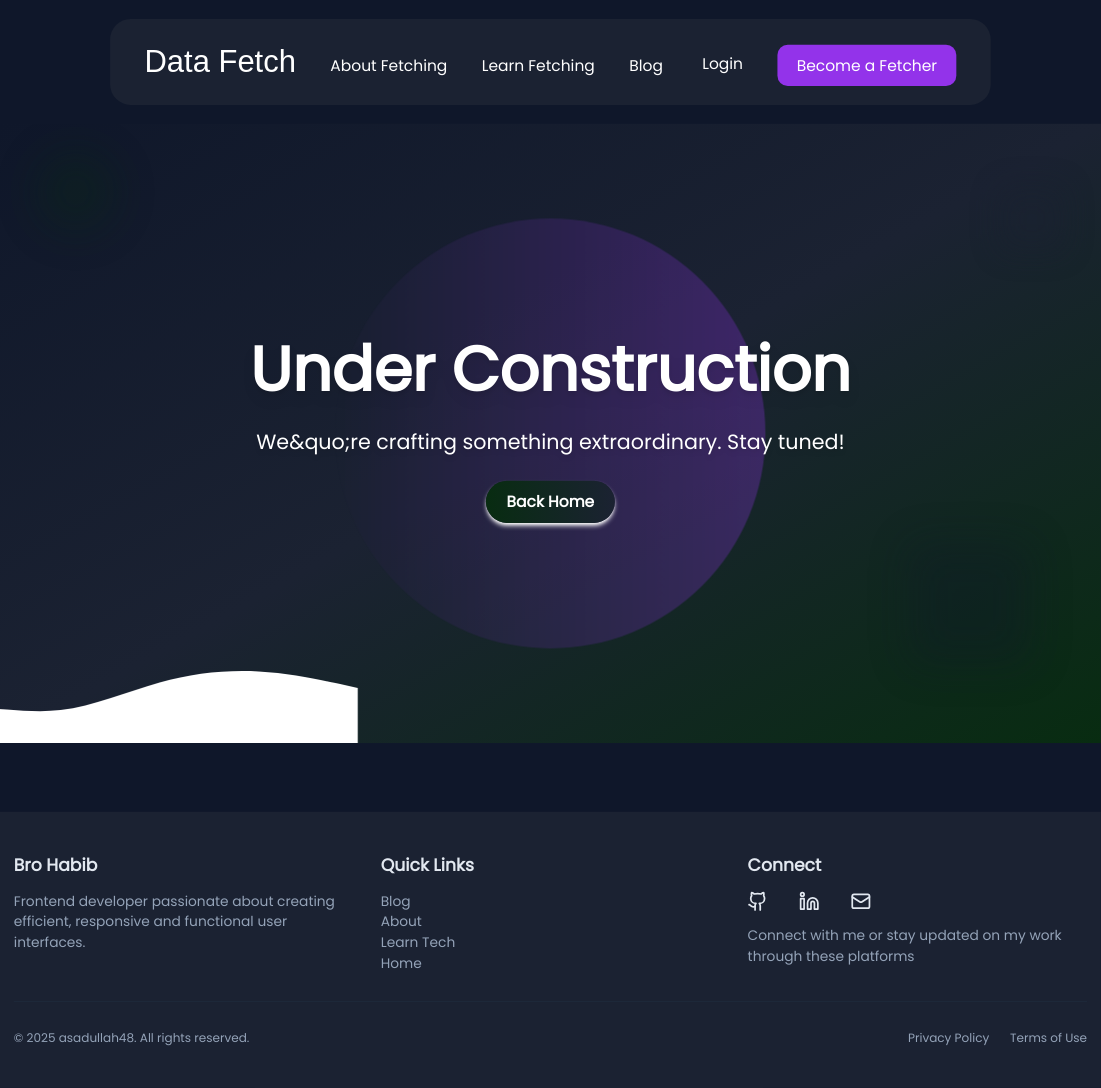
Repository: asadullah48/data-fetch
Page: /learnTech
The author's editor kept a copy of each file at every save. The page is drawn from the files as they stood at one save, then again after a run of saves.
The browser window is 1280 px wide. The pictures show the whole page, at 86% of full size.
Some web fonts or font styles are not loaded; a fallback is used. The project was rebuilt for these pictures with package versions that can differ from the ones it lists, and the page was loaded fresh each time. The framework's server and built-in components were replaced by stand-ins that run in the browser. Also part of the build but not shown: next.config.mjs.

Above is the page before, as saved 2025-01-15 13:57:17.

### src/app/layout.tsx
import type { Metadata } from "next";
import localFont from "next/font/local";
import "./globals.css";
import Navbar from "@/components/Navbar";
import { Poppins } from "next/font/google"
import Footer from "@/components/Footer";


const poppins = Poppins({
  subsets: ['latin'],
  weight: '400'
})

const geistSans = localFont({
  src: "./fonts/GeistVF.woff",
  variable: "--font-geist-sans",
  weight: "100 900",
});
const geistMono = localFont({
  src: "./fonts/GeistMonoVF.woff",
  variable: "--font-geist-mono",
  weight: "100 900",
});

export const metadata: Metadata = {
  title: "Data Fetching",
  description: "Data Fetching in a CSR and SSR",
};

export default function RootLayout({
  children,
}: Readonly<{
  children: React.ReactNode;
}>) {
  return (
    <html lang="en">
      <body
        className={`${geistSans.variable} ${geistMono.variable} ${poppins.className} bg-[#0f172a] text-white antialiased overflow-x-hidden`}
      >
        <Navbar />
        {children}
        <Footer/>
      </body>
    </html>
  );
}

### src/app/learnTech/page.tsx
import Link from 'next/link'
import React from 'react'

export default function learnTechPage() {
  return (
    <div className="h-screen flex items-center justify-center bg-gradient-to-br from-[#0f172a] via-[#1b2232] to-[#082c11] relative overflow-hidden">
            {/* Background Elements */}
            <div className="absolute inset-0 flex justify-center items-center">
                <div className="w-[500px] h-[500px] bg-gradient-to-r from-[#1b2232] to-[#9333EA] rounded-full opacity-20 animate-pulse"></div>
            </div>

            {/* Floating Animated Shapes */}
            <div className="absolute inset-0">
                <div className="absolute top-10 left-10 w-24 h-24 bg-[#082c11] rounded-full blur-xl opacity-30 animate-float" />
                <div className="absolute bottom-20 right-20 w-36 h-36 bg-[#0f172a] rounded-lg blur-xl opacity-30 animate-float delay-2000" />
                <div className="absolute top-20 right-10 w-20 h-20 bg-[#1b2232] rounded-lg blur-lg opacity-40 animate-float delay-4000" />
            </div>

            {/* Main Content */}
            <div className="text-center relative z-10">
                <h1 className="text-5xl md:text-7xl font-extrabold text-white drop-shadow-lg animate-bounce">
                    Under Construction
                </h1>
                <p className="text-lg md:text-2xl text-white mt-4 drop-shadow-md">
                    We&quo;re crafting something extraordinary. Stay tuned!
                </p>

                {/* CTA Button */}
                <div className="mt-10">
                    <Link
                        href="/"
                        className="px-6 py-3 text-lg font-bold text-white bg-gradient-to-r from-[#082c11] to-[#1b2232] rounded-full shadow-white shadow-md transform transition hover:scale-105 hover:shadow-2xl focus:outline-none"
                    >
                        Back Home
                    </Link>
                </div>
            </div>

            {/* Animated SVG Waves */}
            <div className="absolute bottom-0 left-0 right-0 overflow-hidden leading-none">
                <svg
                    className="w-full h-32 text-white animate-wave"
                    xmlns="http://www.w3.org/2000/svg"
                    viewBox="0 0 1440 320"
                >
                    <path
                        fill="currentColor"
                        fillOpacity="1"
                        d="M0,288L48,272C96,256,192,224,288,218.7C384,213,480,235,576,224C672,213,768,171,864,144C960,117,1056,107,1152,112C1248,117,1344,139,1392,149.3L1440,160L1440,320L1392,320C1344,320,1248,320,1152,320C1056,320,960,320,864,320C768,320,672,320,576,320C480,320,384,320,288,320C192,320,96,320,48,320L0,320Z"
                    ></path>
                </svg>
            </div>
        </div>
  )
}

### src/app/globals.css
@tailwind base;
@tailwind components;
@tailwind utilities;

body {
  font-family: Arial, Helvetica, sans-serif;
}

@layer utilities {
  .text-balance {
    text-wrap: balance;
  }
}

@layer base {
  :root {
    --background: 0 0% 100%;
    --foreground: 20 14.3% 4.1%;
    --card: 0 0% 100%;
    --card-foreground: 20 14.3% 4.1%;
    --popover: 0 0% 100%;
    --popover-foreground: 20 14.3% 4.1%;
    --primary: 24 9.8% 10%;
    --primary-foreground: 60 9.1% 97.8%;
    --secondary: 60 4.8% 95.9%;
    --secondary-foreground: 24 9.8% 10%;
    --muted: 60 4.8% 95.9%;
    --muted-foreground: 25 5.3% 44.7%;
    --accent: 60 4.8% 95.9%;
    --accent-foreground: 24 9.8% 10%;
    --destructive: 0 84.2% 60.2%;
    --destructive-foreground: 60 9.1% 97.8%;
    --border: 20 5.9% 90%;
    --input: 20 5.9% 90%;
    --ring: 20 14.3% 4.1%;
    --chart-1: 12 76% 61%;
    --chart-2: 173 58% 39%;
    --chart-3: 197 37% 24%;
    --chart-4: 43 74% 66%;
    --chart-5: 27 87% 67%;
    --radius: 0.5rem;
  }
  .dark {
    --background: 20 14.3% 4.1%;
    --foreground: 60 9.1% 97.8%;
    --card: 20 14.3% 4.1%;
    --card-foreground: 60 9.1% 97.8%;
    --popover: 20 14.3% 4.1%;
    --popover-foreground: 60 9.1% 97.8%;
    --primary: 60 9.1% 97.8%;
    --primary-foreground: 24 9.8% 10%;
    --secondary: 12 6.5% 15.1%;
    --secondary-foreground: 60 9.1% 97.8%;
    --muted: 12 6.5% 15.1%;
    --muted-foreground: 24 5.4% 63.9%;
    --accent: 12 6.5% 15.1%;
    --accent-foreground: 60 9.1% 97.8%;
    --destructive: 0 62.8% 30.6%;
    --destructive-foreground: 60 9.1% 97.8%;
    --border: 12 6.5% 15.1%;
    --input: 12 6.5% 15.1%;
    --ring: 24 5.7% 82.9%;
    --chart-1: 220 70% 50%;
    --chart-2: 160 60% 45%;
    --chart-3: 30 80% 55%;
    --chart-4: 280 65% 60%;
    --chart-5: 340 75% 55%;
  }
}

@layer base {
  * {
    @apply border-border;
  }
  body {
    @apply bg-background text-foreground;
  }
}

### src/components/Navbar.tsx
"use client"
import { useState } from 'react';
import { Agbalumo } from "next/font/google"
import Link from "next/link"

const agbalumo = Agbalumo({
    subsets: ['latin'],
    weight: '400'
})


export default function Navbar() {
    const [isMenuOpen, setIsMenuOpen] = useState(false);

    const toggleMenu = () => setIsMenuOpen(!isMenuOpen);

    return (
        <div className="h-[144px] w-screen flex justify-center items-center">
            <div className="h-[100px] w-full relative md:w-[80%] md:rounded-3xl bg-[#1b2232] text-white flex justify-between items-center px-10">
                {/* Logo and Links */}
                <div className="flex justify-center items-center gap-10">
                <Link href={"/"}>
                    <h1 className={`${agbalumo.className} text-4xl`}>Data Fetch</h1>
                </Link>

                    <div className="hidden lg:flex gap-10">
                        <Link href={"/about"} className="text-lg mt-2">About Fetching</Link>
                        <Link href={"/learnTech"} className="text-lg mt-2">Learn Fetching</Link>
                        <Link href={"/blog"} className="text-lg mt-2">Blog</Link>
                    </div>
                </div>

                {/* Navbar Buttons */}
                <div className="hidden md:flex gap-10">
                    <Link href={"/login"} className="text-lg mt-4">Login</Link>
                    <Link href={"/signup"} className="text-lg mt-2 h-12 bg-PrimaryPurple flex justify-center items-center w-52 rounded-xl">Become a Fetcher</Link>
                </div>

                {/* Hamburger Menu for Mobile */}
                <div className="lg:hidden flex items-center gap-4">
                    {/* <h1 className="font-bold text-4xl">Data Fetch</h1> */}
                    <button onClick={toggleMenu} className="text-white text-2xl">
                        {/* Hamburger Icon */}
                        {isMenuOpen ? 'X' : '☰'}
                    </button>
                </div>
            </div>

            {/* Dropdown Menu for Mobile */}
            {isMenuOpen && (
                <div className='z-50 h-screen fixed top-1/4 w-full flex justify-center items-center bg-[#1b2232]/70 backdrop-blur-md '>
                <div className=" lg:hidden  text-white  text-center py-4 flex flex-col justify-center items-start gap-5">
                    <Link href={"/about"} onClick={()=> setIsMenuOpen(false)} className="block text-lg mt-2">About Fetching</Link>
                    <Link href={"/learnTech"} onClick={()=> setIsMenuOpen(false)} className="block text-lg mt-2">Learn fetching</Link>
                    <Link href={"/blog"} onClick={()=> setIsMenuOpen(false)} className="block text-lg mt-2">Blog</Link>
                    <Link href={"/login"} onClick={()=> setIsMenuOpen(false)} className="block text-lg mt-2">Login</Link>
                    <Link href={"/signup"} onClick={()=> setIsMenuOpen(false)} className=" text-lg mt-2 h-12 bg-PrimaryPurple flex justify-start pl-2 items-center w-52 rounded-xl">Become a Techie</Link>
                </div>
                </div>
            )}
        </div>
    )
}

### src/components/Footer.tsx
import React from 'react'
import { Github,  Linkedin, Mail } from 'lucide-react';
import Link from 'next/link';
export default function Footer() {
  const currentYear = new Date().getFullYear();

  return (
    <div className="bg-[#1b2232] mt-20 text-slate-200 py-12 ">
      <div className="container mx-auto px-4">
        {/* Main Footer Content */}
        <div className="grid grid-cols-1 md:grid-cols-3 gap-8 mb-8">
          {/* About Section */}
          <div>
            <h3 className="text-xl font-semibold mb-4">Bro Habib</h3>
            <p className="text-slate-400 mb-4">
              Frontend developer passionate about creating efficient, responsive and functional user interfaces.
            </p>
          </div>

          {/* Quick Links */}
          <div>
            <h3 className="text-xl font-semibold mb-4">Quick Links</h3>
            <ul className="space-y-2 text-slate-400">
              <Link href="/blog" className="hover:text-slate-200 transition-colors"><li>Blog</li>
              </Link>
              <Link href="/about" className="hover:text-slate-200 transition-colors"><li>About</li>
              </Link>
              <Link href="/learnTech" className="hover:text-slate-200 transition-colors"><li>Learn Tech</li>
              </Link>
              <Link href="/" className="hover:text-slate-200 transition-colors"><li>Home</li>
              </Link>
            </ul>
          </div>

          {/* Connect Section */}
          <div>
            <h3 className="text-xl font-semibold mb-4">Connect</h3>
            <div className="flex space-x-4 mb-4 gap-5">
              <Link href="https://github.com/asadullah48/data-fetch" className="hover:text-slate-200 transition-colors">
                <Github size={24} />
              </Link>

              <Link href="https://www.linkedin.com/in/asadullah-shafique-a00679325/" className="hover:text-slate-200 transition-colors">
                <Linkedin size={24} />
              </Link>

              <Link href="mailto:asadullahshafique@hotmail.com" className="hover:text-slate-200 transition-colors">
                <Mail size={24} />
              </Link>

            </div>
            <p className="text-slate-400">
            Connect with me or stay updated on my work through these platforms
            </p>
          </div>
        </div>

        {/* Bottom Bar */}
        <div className="pt-8 border-t border-slate-800">
          <div className="flex flex-col md:flex-row justify-between items-center space-y-4 md:space-y-0">
            <p className="text-slate-400 text-sm">
              © {currentYear} asadullah48. All rights reserved.
            </p>
            <div className="flex space-x-6 text-sm text-slate-400">
              <a href="/privacy" className="hover:text-slate-200 transition-colors">Privacy Policy</a>
              <a href="/terms" className="hover:text-slate-200 transition-colors">Terms of Use</a>
            </div>
          </div>
        </div>
      </div>
    </div>
  )
}

### tailwind.config.ts
import type { Config } from "tailwindcss";

const config: Config = {
	darkMode: ["class"],
	content: [
		"./src/pages/**/*.{js,ts,jsx,tsx,mdx}",
		"./src/components/**/*.{js,ts,jsx,tsx,mdx}",
		"./src/app/**/*.{js,ts,jsx,tsx,mdx}",
	],
	theme: {
		extend: {

			animation: {
				'spin-slow': 'spin 3s linear infinite',
				orbit: 'orbit 1.5s linear infinite',
				// dash: 'dash 2s ease-in-out infinite',
				float: 'float 6s ease-in-out infinite',
				wave: 'wave 8s linear infinite',
				bounce: 'bounce 2s infinite',
			},
			keyframes: {
				orbit: {
					'0%': { transform: 'rotate(0deg) translateX(30px) rotate(0deg)' },
					'100%': { transform: 'rotate(360deg) translateX(30px) rotate(-360deg)' },
				},
				dash: {
					'0%': { strokeDashoffset: '880px' },
					'100%': { strokeDashoffset: '0px' },
				},
				float: {
					'0%, 100%': { transform: 'translateY(-10px)' },
					'50%': { transform: 'translateY(10px)' },
				  },
				  wave: {
					'0%': { transform: 'translateX(100%)' },
					'100%': { transform: 'translateX(-100%)' },
				  },
			},
			colors: {
				background: 'hsl(var(--background))',
				PrimaryPurple: '#9333EA',
				foreground: 'hsl(var(--foreground))',
				card: {
					DEFAULT: 'hsl(var(--card))',
					foreground: 'hsl(var(--card-foreground))'
				},
				popover: {
					DEFAULT: 'hsl(var(--popover))',
					foreground: 'hsl(var(--popover-foreground))'
				},
				primary: {
					DEFAULT: 'hsl(var(--primary))',
					foreground: 'hsl(var(--primary-foreground))'
				},
				secondary: {
					DEFAULT: 'hsl(var(--secondary))',
					foreground: 'hsl(var(--secondary-foreground))'
				},
				muted: {
					DEFAULT: 'hsl(var(--muted))',
					foreground: 'hsl(var(--muted-foreground))'
				},
				accent: {
					DEFAULT: 'hsl(var(--accent))',
					foreground: 'hsl(var(--accent-foreground))'
				},
				destructive: {
					DEFAULT: 'hsl(var(--destructive))',
					foreground: 'hsl(var(--destructive-foreground))'
				},
				border: 'hsl(var(--border))',
				input: 'hsl(var(--input))',
				ring: 'hsl(var(--ring))',
				chart: {
					'1': 'hsl(var(--chart-1))',
					'2': 'hsl(var(--chart-2))',
					'3': 'hsl(var(--chart-3))',
					'4': 'hsl(var(--chart-4))',
					'5': 'hsl(var(--chart-5))'
				}
			},
			borderRadius: {
				lg: 'var(--radius)',
				md: 'calc(var(--radius) - 2px)',
				sm: 'calc(var(--radius) - 4px)'
			}
		}
	},
	plugins: [require("tailwindcss-animate")],
};
export default config;

After the next 2 saves:
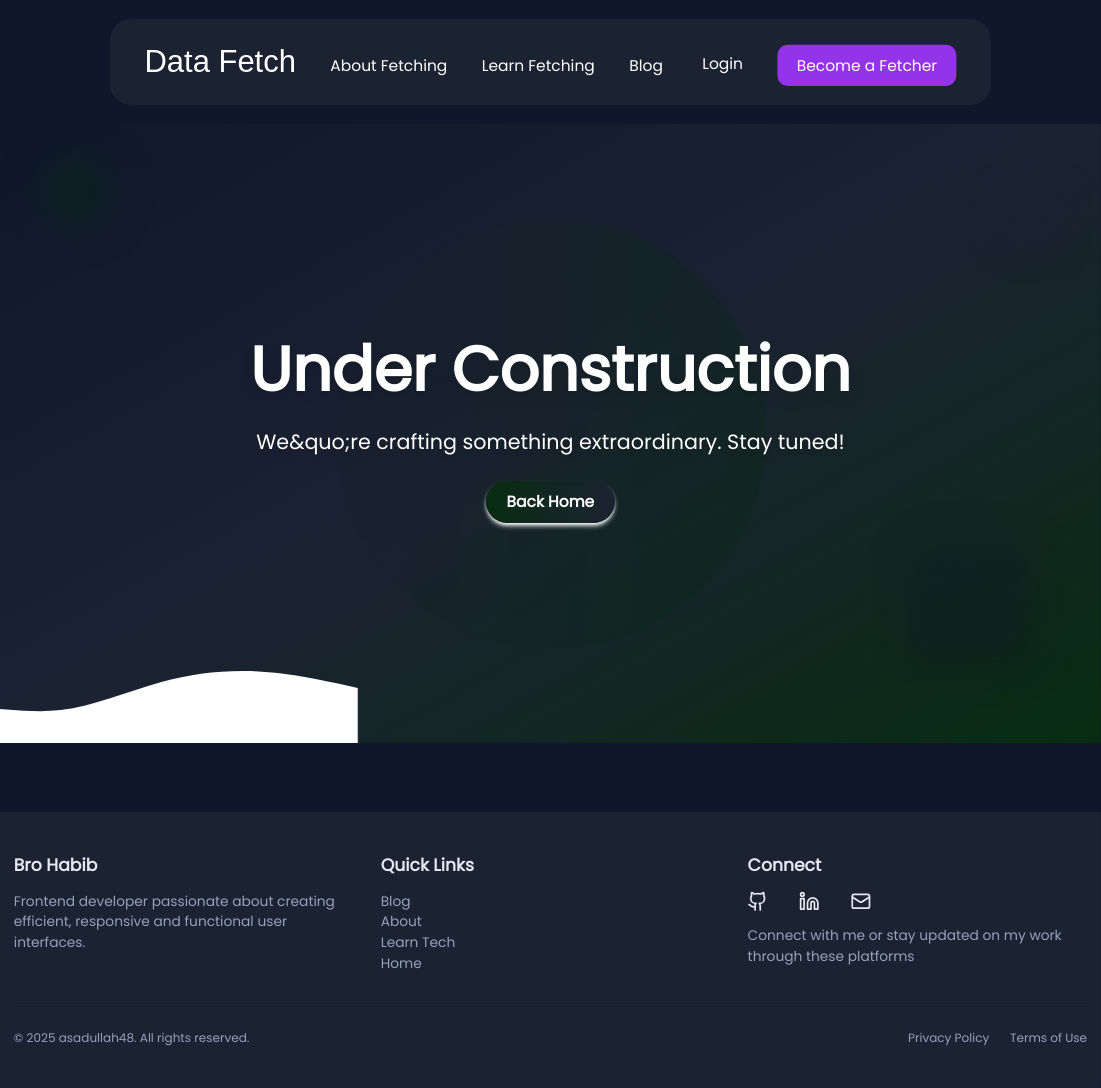
The 2 saves are shown as one change because they came seconds apart.
The last was saved 8 s later.
--- a/src/app/learnTech/page.tsx
+++ b/src/app/learnTech/page.tsx
@@ -6,7 +6,7 @@ export default function learnTechPage() {
     <div className="h-screen flex items-center justify-center bg-gradient-to-br from-[#0f172a] via-[#1b2232] to-[#082c11] relative overflow-hidden">
             {/* Background Elements */}
             <div className="absolute inset-0 flex justify-center items-center">
-                <div className="w-[500px] h-[500px] bg-gradient-to-r from-[#1b2232] to-[#9333EA] rounded-full opacity-20 animate-pulse"></div>
+                <div className="w-[500px] h-[500px] bg-gradient-to-r from-[#1b2232] to-[#082c11] rounded-full opacity-20 animate-pulse"></div>
             </div>
 
             {/* Floating Animated Shapes */}
